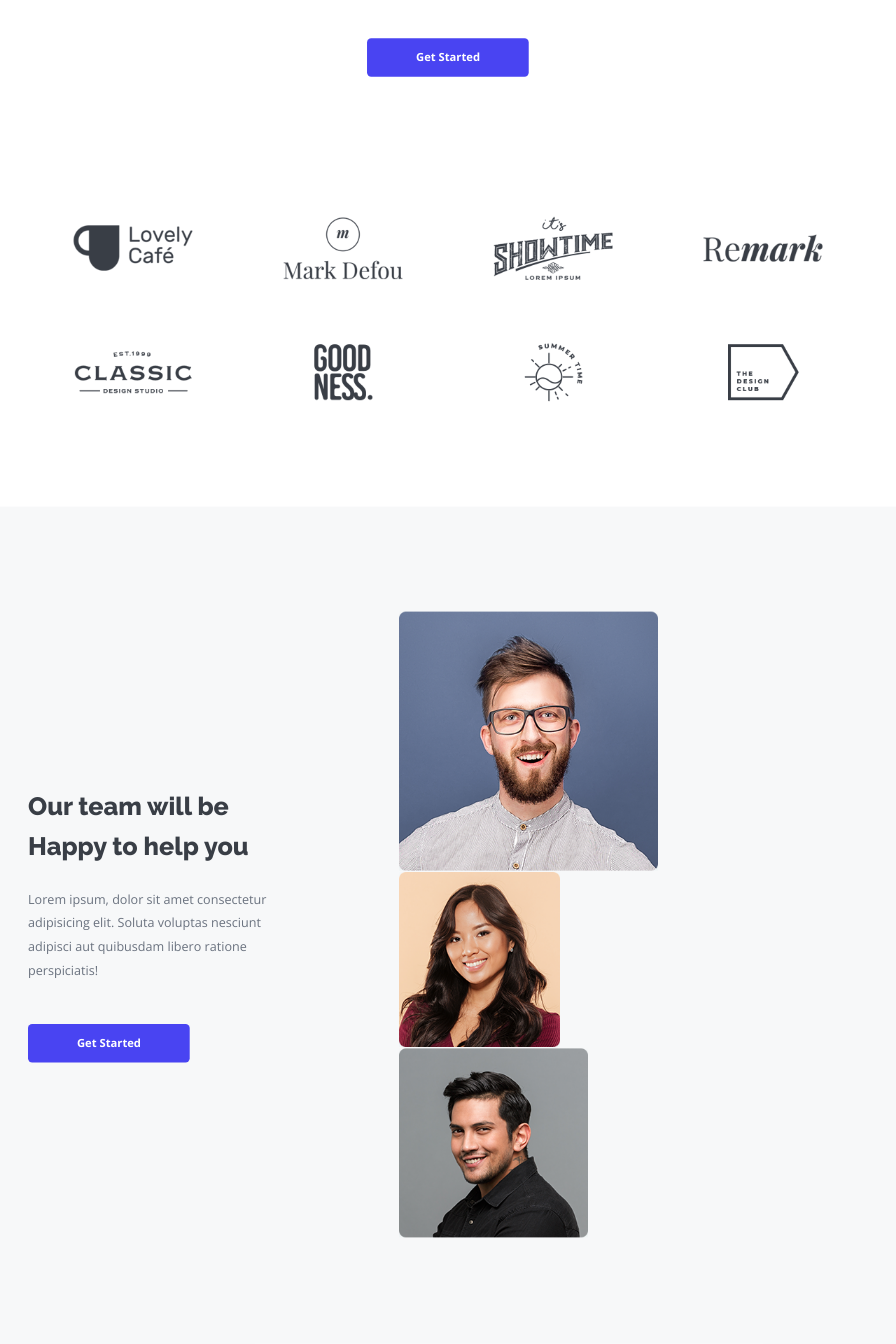
Repository: kate30980/LP-practiceoctavian
Page: index.html
The author's editor kept a copy of each file at every save. The page is drawn from the files as they stood at one save, then again after the next save.
The browser window is 1280 px wide. The pictures show the part of the page from y = 3354 to 5274 px (the page is 5274 px tall before and 5002 px after), at 70% of full size.
The style sheet was rebuilt from its Sass, Less or Tailwind sources for each picture, by a compiler version that may differ from the author's.

Above is the page before, as saved 2021-08-25 16:16:39.

### index.html
<!DOCTYPE html>
<html lang="en">

<head>
    <meta charset="UTF-8">
    <meta http-equiv="X-UA-Compatible" content="IE=edge">
    <meta name="viewport" content="width=device-width, initial-scale=1.0">
    <title>Octavian LP</title>
    <script type="module" src="https://unpkg.com/ionicons@5.5.2/dist/ionicons/ionicons.esm.js"></script>
    <script nomodule src="https://unpkg.com/ionicons@5.5.2/dist/ionicons/ionicons.js"></script>
    <link rel="preconnect" href="https://fonts.googleapis.com">
    <link rel="preconnect" href="https://fonts.gstatic.com" crossorigin>
    <link
        href="https://fonts.googleapis.com/css2?family=Open+Sans:wght@300;400;600;700&family=Raleway:wght@600;700;800&display=swap"
        rel="stylesheet">
    <link rel="stylesheet" href="css/app.css">
</head>

<body>
    <header class="header">
        <div class="container">
            <div class="header-main">
                <img src="./images/logo.png" alt="logo-header" class="header-logo">
                <div class="navigation">
                    <p class="header-phone">Phone: <span>+055 - 951 237 851</span></p>
                    <img src="./images/icon-search.png" alt="" class="icon-search">
                    <img src="./images/icon-bars.png" alt="" class="icon-toggle">
                </div>
            </div>
        </div>
    </header>
    <main>
        <section class="hero">
            <img src="./images/img1.png" alt="img-header" class="hero-image">
            <div class="container">
                <div class="hero-content">
                    <h2 class="hero-caption second-font">creative & digital</h2>
                    <h1 class="hero-heading second-font">Agency</h1>
                    <a href="#" class="hero-link">Purchase Now</a>
                </div>
            </div>
        </section>
        <section class="portfolio">
            <div class="container">
                <div class="portfolio-list">
                    <div class="portfolio-column">
                        <div class="portfolio-item">
                            <div class="portfolio-image">
                                <img src="./images/img2.png" alt="img2">
                            </div>
                            <h3 class="portfolio-title second-font">Campaign of exhibition of architectural field</h3>
                            <div class="portfolio-category">Photography</div>
                        </div>
                        <div class="portfolio-item">
                            <div class="portfolio-image">
                                <img src="./images/img3.png" alt="img2">
                            </div>
                            <h3 class="portfolio-title second-font">Campaign of exhibition of architectural field</h3>
                            <div class="portfolio-category">Photography</div>
                        </div>
                        <div class="portfolio-item">
                            <div class="portfolio-image">
                                <img src="./images/img4.png" alt="img2">
                            </div>
                            <h3 class="portfolio-title second-font">Campaign of exhibition of architectural field</h3>
                            <div class="portfolio-category">Photography</div>
                        </div>
                    </div>
                    <div class="portfolio-column">
                        <div class="portfolio-item">
                            <div class="portfolio-image">
                                <img src="./images/img5.png" alt="img2">
                            </div>
                            <h3 class="portfolio-title second-font">Campaign of exhibition of architectural field</h3>
                            <div class="portfolio-category">Photography</div>
                        </div>
                        <div class="portfolio-item">
                            <div class="portfolio-image">
                                <img src="./images/img6.png" alt="img2">
                            </div>
                            <h3 class="portfolio-title second-font">Campaign of exhibition of architectural field</h3>
                            <div class="portfolio-category">Photography</div>
                        </div>
                        <div class="portfolio-item">
                            <div class="portfolio-image">
                                <img src="./images/img7.png" alt="img2">
                            </div>
                            <h3 class="portfolio-title second-font">Campaign of exhibition of architectural field</h3>
                            <div class="portfolio-category">Photography</div>
                        </div>
                        <div class="portfolio-item">
                            <div class="portfolio-image">
                                <img src="./images/img8.png" alt="img2">
                            </div>
                            <h3 class="portfolio-title second-font">Campaign of exhibition of architectural field</h3>
                            <div class="portfolio-category">Photography</div>
                        </div>
                    </div>
                    <div class="portfolio-column">
                        <div class="portfolio-item">
                            <div class="portfolio-image">
                                <img src="./images/img9.png" alt="img2">
                            </div>
                            <h3 class="portfolio-title second-font">Campaign of exhibition of architectural field</h3>
                            <div class="portfolio-category">Photography</div>
                        </div>
                        <div class="portfolio-item">
                            <div class="portfolio-image">
                                <img src="./images/img10.png" alt="img2">
                            </div>
                            <h3 class="portfolio-title second-font">Campaign of exhibition of architectural field</h3>
                            <div class="portfolio-category">Photography</div>
                        </div>
                        <div class="portfolio-item">
                            <div class="portfolio-image">
                                <img src="./images/img11.png" alt="img2">
                            </div>
                            <h3 class="portfolio-title second-font">Campaign of exhibition of architectural field</h3>
                            <div class="portfolio-category">Photography</div>
                        </div>
                    </div>
                </div>
                <a href="" class="btn btn--primary portfolio-link">
                    Get Started
                </a>
            </div>
        </section>
        <section class="partner">
            <div class="container">
                <div class="partner-main">
                    <div class="partner-item">
                        <img src="./images/logo1.png" alt="logo1">
                    </div>
                    <div class="partner-item">
                        <img src="./images/logo2.png" alt="logo1">
                    </div>
                    <div class="partner-item">
                        <img src="./images/logo3.png" alt="logo1">
                    </div>
                    <div class="partner-item">
                        <img src="./images/logo4.png" alt="logo1">
                    </div>
                    <div class="partner-item">
                        <img src="./images/logo5.png" alt="logo1">
                    </div>
                    <div class="partner-item">
                        <img src="./images/logo6.png" alt="logo1">
                    </div>
                    <div class="partner-item">
                        <img src="./images/logo7.png" alt="logo1">
                    </div>
                    <div class="partner-item">
                        <img src="./images/logo8.png" alt="logo1">
                    </div>
                </div>
            </div>
        </section>
        <section class="team">
            <div class="container">
                <div class="team-main">
                    <div class="team-content">
                        <h2 class="team-heading second-font">Our team will be Happy to help you</h2>
                        <p class="team-desc">Lorem ipsum, dolor sit amet consectetur adipisicing elit. Soluta voluptas
                            nesciunt adipisci aut quibusdam libero ratione perspiciatis!</p>
                        <a href="#" class="btn btn--primary">Get Started</a>
                    </div>
                    <div class="team-images">
                        <div class="team-column">
                            <div class="team-image">
                                <img src="./images/team1.png" alt="team">
                            </div>
                            <div class="team-image">
                                <img src="./images/team2.png" alt="team">
                            </div>
                        </div>
                        <div class="team-column">
                            <div class="team-image">
                                <img src="./images/team3.png" alt="team">
                            </div>
                        </div>
                    </div>
                </div>
            </div>
        </section>
    </main>
</body>

</html>

### sass/app.scss
@import "variables";
@import "function";
@import "reset";
@import "base";
@import "header";
@import "hero";
@import "portfolio";
@import "partner";
@import "team";

### sass/_variables.scss
$primary-font: "Open sans", sans-serif;
$secondary-font: "Raleway", sans-serif;
$gray: #393e46;
$gray-light: #6a727f;
$blue-color: #4944F2;
$gray-lighter: #f7f8f9;

### sass/_function.scss
@function lineH($s, $h){
    @return $s / $h;
}

### sass/_base.scss
body{
    font-family: $primary-font;
    font-size: 16px;
    line-height:1;
    color: $gray-light;
    max-width: 1920px;
    margin: 0 auto;
}
.container{
    max-width: 1200px;
    margin: 0 auto;
    padding:0 15px;
}
.second-font{
    font-family: $secondary-font;
    color: $gray;
}

.btn{
    cursor: pointer;
    outline: none;
    display: inline-flex;
    justify-content: center;
    align-items: center;
    color: white;
    font-weight: bold;
    font-size: 16px;
    font-family: 'Open sans',sans-serif;
    height: 55px;
    padding: 0 70px;
    border-radius: 6px;
    &--primary{
        background-color: $blue-color;
        text-decoration: none;
    }
}
h2{
    color: $gray;
}

### sass/_header.scss
.header{
    &-main{
         display: flex;
         justify-content: space-between;
         align-items: center;
         padding: 40px 0;
    }
    &-phone{
        color: $gray;
        font-weight: 300;
        span{
            font-weight: 600;
            margin-left: 15px;
        }
    }
}
.navigation{
    display: flex;
    align-items: center;
    gap: 0 60px;
}

### sass/_hero.scss
.hero{
    position: relative;
    margin-bottom: 200px;
    &-image{
        margin-left: auto;
        display: block;
    }
    &-content{
        position: absolute;
        top: 50%;
        transform: translateY(-50%);
        z-index: 2;
    }
    &-caption{
        font-size: 72px;
        font-weight: 600;
        color: black;
    }
    &-heading{
        font-weight: 800;font-size: 150px;
        text-transform: uppercase;
        margin-bottom: 40px;
        color: black;
    }
    &-link{
        font-size: 18px;
        text-decoration: underline;
        color: $gray-light;
        display: inline-block;
        font-weight: 600;
    }
}

### sass/_portfolio.scss
.portfolio{
    margin-bottom: 200px;
    &-list{
        display: grid;
        grid-template-columns: repeat(3,1fr);
        grid-gap: 0 90px;
        margin-bottom: 95px;
    }
    &-image{
        margin-bottom: 40px;
    }
    &-title{
        color: #393e46;
        font-size: 22px;
        line-height: 1.56;
        margin-bottom: 20px;
    }
    &-category{
        font-size: 14px;
    }
    &-column{
        display: flex;
        flex-direction: column;
        gap: 85px 0;
    }
    &-link{
        position: relative;
        left: 50%;
        transform: translateX(-50%);
        // ceterin, đưa phần tử ra giữa khung
    }
}

### sass/_partner.scss
.partner{
    margin-bottom: 150px;
    &-main{
        display: grid;
        grid-template-columns: repeat(4,1fr);
        grid-gap: 90px 0;
    }
    &-item{
        padding: 0 50px;
        display: flex;
        justify-content: center;
        align-items: center;
        transition: opacity 0.2 linear;
        cursor: pointer;
        &:hover{
            opacity: 0.1;
        }
    }
}

### sass/_team.scss
.team{
    padding: 150px 0;
    background-color: $gray-lighter;
    &-main{
        display: flex;
        align-items: center;
        // facenter
        justify-content: space-between;
    }
    &-content{
        max-width: 370px;
        flex-shrink: 0;
        width: 100%;
    }
    &-images{
        width: 100%;
        max-width: 670px;
    }
    &-heading{
        font-size: 36px;
        font-weight: 800;
        line-height: 1.55;
        margin-bottom: 30px;
    }
    &-desc{
        font-size: 18px;
        line-height: lineH(34,18);
        margin-bottom: 60px;
    }
}

Loaded but not shown: sass/_reset.scss (common file)

After the next save:
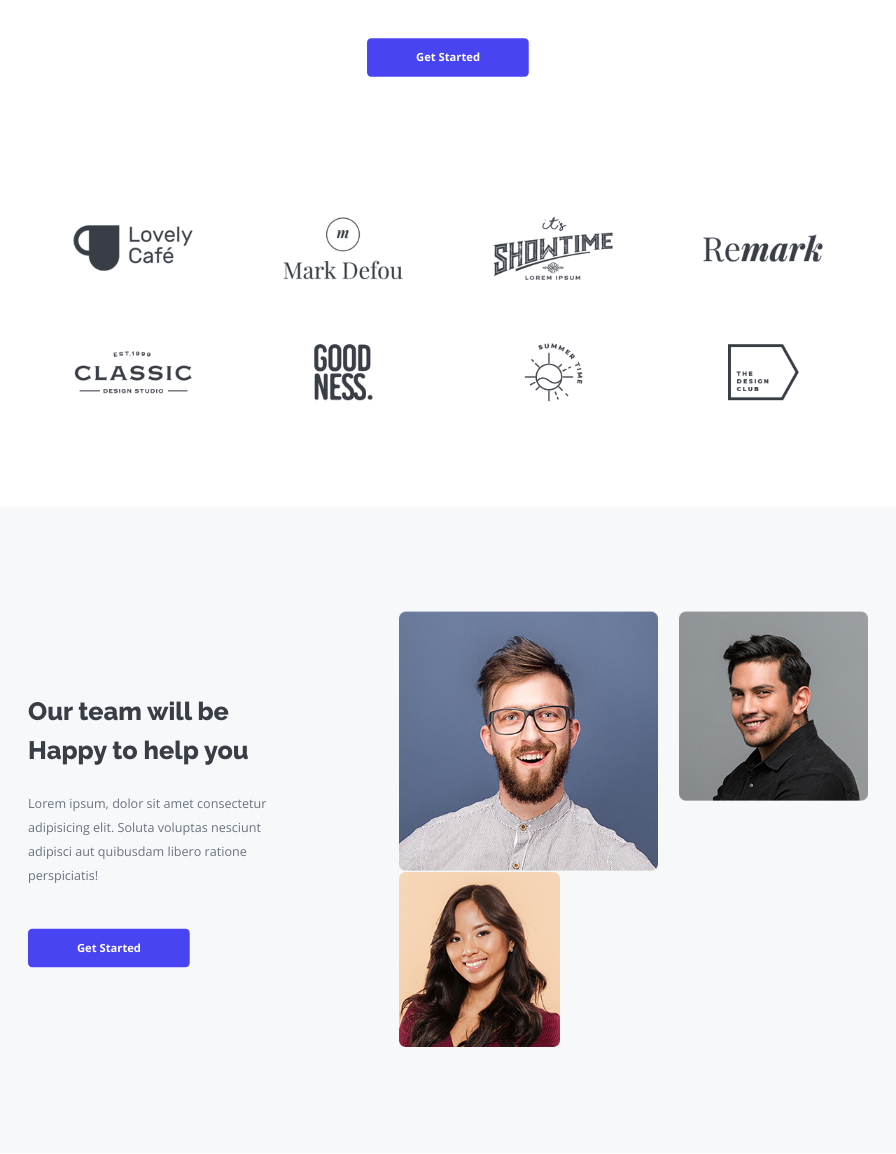
Saved 81 s later.
--- a/sass/_team.scss
+++ b/sass/_team.scss
@@ -15,6 +15,9 @@
     &-images{
         width: 100%;
         max-width: 670px;
+        display: grid;
+        grid-template-columns: 1fr 1fr;
+        grid-gap: 0 30px;
     }
     &-heading{
         font-size: 36px;
@@ -27,4 +30,5 @@
         line-height: lineH(34,18);
         margin-bottom: 60px;
     }
+
 }
